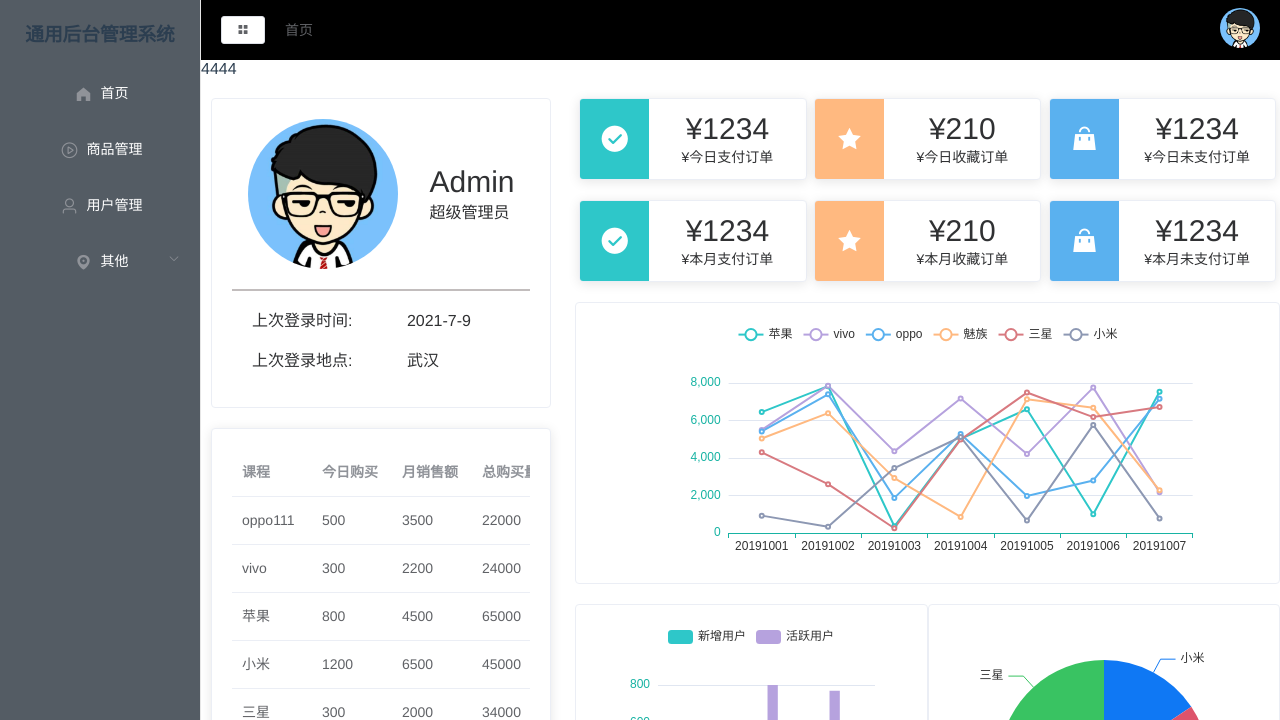
Repository: 385841539/VueStudy
Page: / (app in vue_cli/)
These files come from the project's save history. The page is drawn as it stood at one moment and after the next save; the edit follows.
The browser window is 1280 px wide. The pictures show the whole page.
An inner scrolling area shows only its first screen. The project was rebuilt for these pictures with package versions that can differ from the ones it lists, and the page was loaded fresh each time. Also part of the build but not shown: vue_cli/vue.config.js.

Above is the page before, as saved 2022-01-14 16:45:33.

### vue_cli/public/index.html
<!DOCTYPE html>
<html lang="">

<head>
  <meta charset="utf-8">
  <meta http-equiv="X-UA-Compatible" content="IE=edge">
  <meta name="viewport" content="width=device-width,initial-scale=1.0">
  <link rel="icon" href="<%= BASE_URL %>favicon.ico">
  <title>
    <%= htmlWebpackPlugin.options.title %>
  </title>
  <style>
    body {

      padding: 0px;
      margin: 0px;
      width: 100%;
      height: 100%;

    }
  </style>
</head>

<body>
  <noscript>
    <strong>We're sorry but <%= htmlWebpackPlugin.options.title %> doesn't work properly without JavaScript enabled.
        Please enable it to continue.</strong>
  </noscript>
  <div id="app"></div>
  <!-- built files will be auto injected -->
</body>

</html>

### vue_cli/src/main.js
import Vue from 'vue'
import App from './App.vue'
import './registerServiceWorker'
import router from './router'
import store from './store'

import ElementUI from 'element-ui';
import 'element-ui/lib/theme-chalk/index.css';
import http from 'axios'

Vue.use(ElementUI);
Vue.prototype.$http = http


Vue.config.productionTip = false

if (process.env.NODE_ENV == 'development') {

  require('@/api/mock')

}

new Vue({
  router,
  store,
  render: h => h(App)
}).$mount('#app')

### vue_cli/src/App.vue
<template>
  <div id="app">
    <!-- <p>这是一个P段落</p>
    <el-button>按钮</el-button>
    <el-button type="info">信息</el-button>
    <el-radio v-model="radio" label="1">备选项1</el-radio>
    <el-radio v-model="radio" label="2">备选项1</el-radio>

    <div>
      <router-link to="/">去home组件</router-link>
      <router-link to="/about">去about组件</router-link>
    </div> -->

    <router-view></router-view>
  </div>
</template>
<script>


export default {
  data() {
    return {
      radio: "1",
    };
  },
};
</script>


<style lang="scss">
#app {
  font-family: Avenir, Helvetica, Arial, sans-serif;
  -webkit-font-smoothing: antialiased;
  -moz-osx-font-smoothing: grayscale;
  text-align: center;
  color: #2c3e50;
}

#nav {
  padding: 30px;

  a {
    font-weight: bold;
    color: #2c3e50;

    &.router-link-exact-active {
      color: #42b983;
    }
  }
}
</style>

### vue_cli/src/router/index.js
import Vue from 'vue'
import VueRouter from 'vue-router'
import Main from '../views/Main.vue'

const originPush = VueRouter.prototype.push

VueRouter.prototype.push = function (location) {

  return originPush.call(this, location).catch(err => err)

}

Vue.use(VueRouter)

const routes = [
  {
    path: '/',
    name: 'main',
    component: Main,
    children: [

      {
        path: "/",
        name: "home",
        component: () => import('@/views/Home/Home')

      },
      {
        path: "/mall",
        name: "mall",
        component: () => import('@/views/Mall/Mall')

      },
      {
        path: "/user",
        name: "user",
        component: () => import('@/views/User/User')

      },
      {
        path: "/other",
        name: "other",
        component: () => import('@/views/Mall/Mall')

      },

    ]
  },
]

const router = new VueRouter({
  mode: 'history',
  base: process.env.BASE_URL,
  routes
})

export default router

### vue_cli/src/store/index.js
import Vue from 'vue'
import Vuex from 'vuex'
import tab from "./tab"

Vue.use(Vuex)

export default new Vuex.Store({
  state: {
  },
  mutations: {
  },
  actions: {
  },
  modules: {
    tab
  }
})

### vue_cli/src/api/mock.js
import Mock from 'mockjs'

import homeApi from './mockServe/home'

Mock.mock('/api/home/getData', homeApi.getStatisticalData )

### vue_cli/src/views/Main.vue
<template>
  <el-container style="height: 100vh">
    <el-aside width="auto">
      <CommonAside></CommonAside>
    </el-aside>
    <el-container>
      <el-header>
        <CommonHeader></CommonHeader>
      </el-header>
      <div><CommonTag></CommonTag></div>
      <el-main>
        <router-view></router-view>
      </el-main>
    </el-container>
  </el-container>
</template>

<script>
// @ is an alias to /src
import CommonAside from "../components/CommonAside.vue";
import CommonHeader from "../components/CommonHeader.vue";
import CommonTag from "../components/CommonTag.vue";

export default {
  name: "main",
  components: {
    CommonAside,
    CommonHeader,
    CommonTag,
  },
};
</script>
<style lang='scss' scoped>
.el-container {
  padding: 0px;
  max-width: 100%;
}
.el-aside {
  margin: 0px;
  padding: 0px;
}
.el-header {
  background-color: black;
  width: 100%;
  padding: 0%;
  margin: 0%;
}
.el-main {
  padding: 0px;
  height: 100%;
  width: 100%;
}
.router-view {
  padding: 0px;
  height: 100%;
  width: 100%;
}
</style>

### vue_cli/src/views/Home/Home.vue
<template>
  <div style="margin-left: 10px">
    <el-row :gutter="24">
      <el-col :span="8" style="margin-top: 20px">
        <el-card shadow="hover">
          <div class="user">
            <img :src="userImg" />
            <div class="userInfo">
              <p style="font-size: 30px">Admin</p>
              <p>超级管理员</p>
            </div>
          </div>

          <div class="loginInfo">
            <p>上次登录时间: <span>2021-7-9</span></p>
            <p>上次登录地点: <span>武汉</span></p>
          </div>
        </el-card>
        <el-card style="height: 470px; margin-top: 20px">
          <el-table :data="tableData">
            <el-table-column
              show-overflow-tooltip
              v-for="(value, key) in tableLabel"
              :key="key"
              :prop="key"
              :label="value"
            ></el-table-column>
          </el-table>
        </el-card>
      </el-col>
      <el-col :span="16" style="margin-top: 20px">
        <div class="num">
          <el-card
            shandow="hover"
            v-for="item in countData"
            :key="item.name"
            :body-style="{ display: 'flex', padding: 0 }"
          >
            <i
              class="icon"
              :class="`el-icon-${item.icon}`"
              :style="{ background: item.color }"
            ></i>
            <div class="detail">
              <p class="num">¥{{ item.value }}</p>
              <p class="txt">¥{{ item.name }}</p>
            </div>
          </el-card>
        </div>

        <el-card shadow="hover" style="height: 280px">
          <div style="height: 280px" ref="echart"></div>
        </el-card>

        <div class="graph">
          <el-card shadow="hover">
            <div style="height: 280px" ref="userEchart"></div>
          </el-card>
          <el-card shadow="hover">
            <div style="height: 280px" ref="videoEchart"></div>
          </el-card>

        </div>
      </el-col>
    </el-row>
  </div>
</template>



<script>
import { getMenu, getHome } from "../../api/data";
import * as echarts from "echarts";
// import Echart from "../../components/ECharts.vue";
export default {
  //   components: { Echart },
  data() {
    return {
      userImg: require("../../assets/images/user.png"),
      tableData: [],
      tableLabel: {
        name: "课程",
        todayBuy: "今日购买",
        monthBuy: "月销售额",
        totalBuy: "总购买量",
      },
      countData: [],
      ehcartData: {
        order: {
          legend: {
            // 图例文字颜色
            textStyle: {
              color: "#333",
            },
          },
          grid: {
            left: "20%",
          },
          // 提示框
          tooltip: {
            trigger: "axis",
          },
          xAxis: {
            type: "category", // 类目轴
            data: [],
            axisLine: {
              lineStyle: {
                color: "#17b3a3",
              },
            },
            axisLabel: {
              interval: 0,
              color: "#333",
            },
          },
          yAxis: [
            {
              type: "value",
              axisLine: {
                lineStyle: {
                  color: "#17b3a3",
                },
              },
            },
          ],
          color: [
            "#2ec7c9",
            "#b6a2de",
            "#5ab1ef",
            "#ffb980",
            "#d87a80",
            "#8d98b3",
          ],
          series: [],
        },

        user: {
          legend: {
            // 图例文字颜色
            textStyle: {
              color: "#333",
            },
          },
          grid: {
            left: "20%",
          },
          // 提示框
          tooltip: {
            trigger: "axis",
          },
          xAxis: {
            type: "category", // 类目轴
            data: [],
            axisLine: {
              lineStyle: {
                color: "#17b3a3",
              },
            },
            axisLabel: {
              interval: 0,
              color: "#333",
            },
          },
          yAxis: [
            {
              type: "value",
              axisLine: {
                lineStyle: {
                  color: "#17b3a3",
                },
              },
            },
          ],
          color: [
            "#2ec7c9",
            "#b6a2de",
            "#5ab1ef",
            "#ffb980",
            "#d87a80",
            "#8d98b3",
          ],
          series: [],
        },

        video: {
          tooltip: {
            trigger: "item",
          },
          color: [
            "#0f78f4",
            "#dd536b",
            "#9462e5",
            "#a6a6a6",
            "#e1bb22",
            "#39c362",
            "#3ed1cf",
          ],
          series: [],
        },
      },
    };
  },

  methods: {
    getTableData() {
      getHome().then((res) => {
        console.log(res);
        this.tableData = res.data.tableData;
        this.countData = res.data.countData;

        const order = res.data.orderData;
        this.ehcartData.order.xAxis.data = order.date;
        let keyArrray = Object.keys(order.data[0]);

        keyArrray.forEach((key) => {
          this.ehcartData.order.series.push({
            name: key,
            data: order.data.map((item) => item[key]),
            type: "line",
          });
        });

        const myEchartsOrder = echarts.init(this.$refs.echart);

        myEchartsOrder.setOption(this.ehcartData.order);
        //用户图
        this.ehcartData.user.xAxis.data = res.data.userData.map(
          (item) => item.date
        );

        this.ehcartData.user.series.push({
          name: "新增用户",
          data: res.data.userData.map((item) => item.new),
          type: "bar",
        });
        this.ehcartData.user.series.push({
          name: "活跃用户",
          data: res.data.userData.map((item) => item.active),
          type: "bar",
        });

        const userEcharts = echarts.init(this.$refs.userEchart);
        userEcharts.setOption(this.ehcartData.user);

        this.ehcartData.video.series.push({
          data: res.data.videoData,
          type: "pie",
        });

        const videoEcharts = echarts.init(this.$refs.videoEchart);
        videoEcharts.setOption(this.ehcartData.video);
      });
    },
  },
  mounted() {
    // getMenu().then((res) => {
    //   console.log(res);
    // });
    this.getTableData();
  },
};
</script>


<style  lang="scss" scoped>
// div {
//   background: blue;
//   height: 100%;
//   padding: 0px;
//   margin: 0px;
// }

.user {
  display: flex;
  align-items: center;
  justify-content: space-around;
  border-bottom: 2px solid rgb(194, 189, 189);

  padding-bottom: 20px;
  .userInfo {
    text-align: start;

    p {
      margin: 0px;
    }
  }
  img {
    width: 150px;
    height: 150px;
    border-radius: 50%;
  }
}

.loginInfo {
  // background-color: yellowgreen;
  margin-top: 0px;
  text-align: start;
  padding-left: 20px;

  span {
    margin-left: 50px;
  }
}

.num {
  display: flex;
  flex-wrap: wrap;
  justify-content: space-around;
  margin: 0px;
  .el-card {
    margin: 0px;
    width: 32%;
    margin-bottom: 20px;
    height: 80px;
  }
  .icon {
    font-size: 30px;
    width: 100px;
    height: 80px;
    color: white;
    line-height: 80px;
  }
  .detail {
    display: flex;
    flex-direction: column;
    justify-content: center;
    width: 100%;

    .num {
      font-size: 30px;

      justify-content: center;
    }
    .txt {
      font-size: 14px;
      justify-content: center;
    }
    p {
      margin: 0px;
    }
  }
}
.graph {
  display: flex;
  margin-top: 20px;
  .el-card {
    height: 320px;
    flex: 1;
  }
}
</style>

### vue_cli/src/store/tab.js
export default {


    state: {

        isCollapse: false,
        currentMenu: null,
        tabsList: [
            {
                path: '/',
                name: 'home',
                label: '首页',
                icon: 'home'

            }

        ]

    },


    mutations: {

        collaspseMenu(state) {
            state.isCollapse = !state.isCollapse

        },
        selectMenu(state, value) {

            console.log("--value---")
            console.log(value)


            if (item.name == "home") {
                state.currentMenu = null;
            } else {
                state.currentMenu = item;
            }


        }



    }


}

### vue_cli/src/api/mockServe/home.js
// mock数据模拟
import Mock from 'mockjs'

// 图表数据
let List = []
export default {
  getStatisticalData: () => {
    //Mock.Random.float 产生随机数100到8000之间 保留小数 最小0位 最大0位
    for (let i = 0; i < 7; i++) {
      List.push(
        Mock.mock({
          苹果: Mock.Random.float(100, 8000, 0, 0),
          vivo: Mock.Random.float(100, 8000, 0, 0),
          oppo: Mock.Random.float(100, 8000, 0, 0),
          魅族: Mock.Random.float(100, 8000, 0, 0),
          三星: Mock.Random.float(100, 8000, 0, 0),
          小米: Mock.Random.float(100, 8000, 0, 0)
        })
      )
    }
    return {
      code: 200,
      data: {
        // 饼图
        videoData: [
          {
            name: '小米',
            value: 2999
          },
          {
            name: '苹果',
            value: 5999
          },
          {
            name: 'vivo',
            value: 1500
          },
          {
            name: 'oppo',
            value: 1999
          },
          {
            name: '魅族',
            value: 2200
          },
          {
            name: '三星',
            value: 4500
          }
        ],
        // 柱状图
        userData: [
          {
            date: '周一',
            new: 5,
            active: 200
          },
          {
            date: '周二',
            new: 10,
            active: 500
          },
          {
            date: '周三',
            new: 12,
            active: 550
          },
          {
            date: '周四',
            new: 60,
            active: 800
          },
          {
            date: '周五',
            new: 65,
            active: 550
          },
          {
            date: '周六',
            new: 53,
            active: 770
          },
          {
            date: '周日',
            new: 33,
            active: 170
          }
        ],
        // 折线图
        orderData: {
          date: ['20191001', '20191002', '20191003', '20191004', '20191005', '20191006', '20191007'],
          data: List
        },
        tableData: [
          {
            name: 'oppo111',
            todayBuy: 500,
            monthBuy: 3500,
            totalBuy: 22000
          },
          {
            name: 'vivo',
            todayBuy: 300,
            monthBuy: 2200,
            totalBuy: 24000
          },
          {
            name: '苹果',
            todayBuy: 800,
            monthBuy: 4500,
            totalBuy: 65000
          },
          {
            name: '小米',
            todayBuy: 1200,
            monthBuy: 6500,
            totalBuy: 45000
          },
          {
            name: '三星',
            todayBuy: 300,
            monthBuy: 2000,
            totalBuy: 34000
          },
          {
            name: '魅族',
            todayBuy: 350,
            monthBuy: 3000,
            totalBuy: 22000
          }
        ],
        countData: [
        {
          name: "今日支付订单",
          value: 1234,
          icon: "success",
          color: "#2ec7c9",
        },
        {
          name: "今日收藏订单",
          value: 210,
          icon: "star-on",
          color: "#ffb980",
        },
        {
          name: "今日未支付订单",
          value: 1234,
          icon: "s-goods",
          color: "#5ab1ef",
        },
        {
          name: "本月支付订单",
          value: 1234,
          icon: "success",
          color: "#2ec7c9",
        },
        {
          name: "本月收藏订单",
          value: 210,
          icon: "star-on",
          color: "#ffb980",
        },
        {
          name: "本月未支付订单",
          value: 1234,
          icon: "s-goods",
          color: "#5ab1ef",
        },
      ]
      }
    }
  }
}

### vue_cli/src/components/CommonAside.vue
<template>
  <el-menu
    class="el-menu-vertical-demo"
    :collapse="isCollapse"
    background-color="#545c64"
    text-color="#fff"
    active-text-color="#ffd04b"
  >
    <h3>{{ getName }}</h3>

    <el-menu-item
      :index="item.path"
      v-for="item in noChildren"
      :key="item.name"
      @click="clickMenu(item)"
    >
      <i :class="'el-icon-' + item.icon"></i>
      <span slot="title">{{ item.label }}</span>
    </el-menu-item>

    <el-submenu
      :index="item.label"
      v-for="item in hazChildren"
      :key="item.label"
    >
      <div slot="title">
        <i :class="'el-icon-' + item.icon"></i>
        <span>{{ item.label }}</span>
      </div>

      <el-menu-item-group>
        <el-menu-item
          v-for="(subItem, subIndex) in item.children"
          :index="subItem.path"
          :key="subIndex"
        >
          <i :class="'el-icon-' + subItem.icon"></i>
          <span slot="title">{{ subItem.label }}</span>
        </el-menu-item>
      </el-menu-item-group>
    </el-submenu>
  </el-menu>
</template>

<style lang="scss" scoped>
.el-menu-vertical-demo:not(.el-menu--collapse) {
  width: 200px;
  height: 100%;
  min-height: 400px;
}
.el-menu-vertical-demo {
  height: 100%;
}

.el-menu-item {
  justify-content: space-around;
  background-color: tomato;
}
.el-submenu {
  justify-content: space-around;
  background-color: green;
}
</style>


<script>
export default {
  data() {
    return {
      menu: [
        {
          path: "/",
          name: "home",
          label: "首页",
          icon: "s-home",
          url: "Home/Home",
        },
        {
          path: "/mall",
          name: "mall",
          label: "商品管理",
          icon: "video-play",
          url: "MallManage/MallManage",
        },
        {
          path: "/user",
          name: "user",
          label: "用户管理",
          icon: "user",
          url: "UserMange/UserMange",
        },
        {
          label: "其他",
          icon: "location",
          children: [
            {
              path: "/page1",
              name: "page1",
              label: "页面1",
              icon: "setting",
              url: "Other/PageOne",
            },
            {
              path: "/page2",
              name: "page2",
              label: "页面2",
              icon: "setting",
              url: "Other/PageTwo",
            },
          ],
        },
      ],
    };
  },
  methods: {
    clickMenu(item) {
      console.log(item);
      this.$router.push({ name: item.name });
      this.$store.commit("selectMenu", item);
    },
  },
  computed: {
    isCollapse() {
      return this.$store.state.tab.isCollapse;
    },
    getName() {
      if (this.isCollapse) return "后台";

      return "通用后台管理系统";
    },
    noChildren() {
      return this.menu.filter((item) => {
        console.log(item);
        return !item.children;
      });
    },
    hazChildren() {
      return this.menu.filter((item) => item.children);
    },
  },
};
</script>

### vue_cli/src/components/CommonHeader.vue
<template>
  <header>
    <div class="l-content">
      <el-button
        plain
        icon="el-icon-menu"
        size="mini"
        v-on:click="handleMenu"
      ></el-button>

      <el-breadcrumb separator="/">
        <el-breadcrumb-item :to="{ path: '/' }">首页</el-breadcrumb-item>
        <el-breadcrumb-item :to="{ path: currentMenu.path }" v-if="currentMenu">
          {{ currentMenu.label }}
        </el-breadcrumb-item>
      </el-breadcrumb>
    </div>

    <div class="r-content">
      <el-dropdown szie="mini" trigger="click">
        <span>
          <img :src="userImg" class="user" />
        </span>

        <el-dropdown-menu slot="dropdown">
          <el-dropdown-item>个人中心</el-dropdown-item>
          <el-dropdown-item>退出</el-dropdown-item>
        </el-dropdown-menu>
      </el-dropdown>
    </div>
  </header>
</template>



<script>
export default {
  data() {
    return {
      userImg: require("../assets/images/user.png"),
    };
  },

  computed: {
    currentMenu() {
      return this.$store.state.tab.currentMenu;
    },
  },
  methods: {
    handleMenu() {
      this.$store.commit("collaspseMenu");
    },
  },
};
</script>


<style  lang="scss" scoped>
header {
  display: flex;
  height: 100%;
  width: 100%;
  align-items: center;
  justify-content: space-between;
  padding: 0;
  margin: 0;
}

.home-title {
  color: white;
}

.l-content {
  display: flex;
  align-items: center;
  margin-left: 20px;
  .el-button {
    margin-right: 20px;
  }
}

.r-content {
  .user {
    width: 40px;
    height: 40px;
    border-radius: 50%;
    margin-right: 20px;
  }
}
.el-breadcrumb_item {
  .el-breadcrumb_inner {
    color: white;
    font-size: 1000px;
  }
  //   &:last-child {
  //     .el-breadcrumb__inner {
  //       color: white;
  //     }
  //   }
}
</style>

### vue_cli/src/components/CommonTag.vue
<template>
  <div class="tabs">
    <span class="item-div">44</span>
    <div>44</div>
    <!-- <el-tag>你好啊</el-tag> -->
  </div>
</template>

<script>
export default {};
</script>

<style>
.tabs {
  display: flex;
  align-items: flex-start;
  flex-wrap: wrap;
}
</style>

### vue_cli/src/api/data.js
import axios from './axios'

// export const getMenu = () => {
//   return axios.request({
//     url: 'menu',
//     method: 'get'
//   })
// }

export const getHome = () => {
  return axios.request({
    url: '/home/getData',
    method: 'get'
  })
}

export const getUser = (params) => {
  return axios.request({
    url: '/user/getUser',
    method: 'get',
    params
  })
}

export const getMenu = (params) => {
  return axios.request({
    url: '/permission/getMenu',
    method: 'post',
    data: params
  })
}

### vue_cli/src/api/axios.js
// 二次封装axios 拦截器

import axios from 'axios'
import config from '../config/index'
// 设置配置 根据开发 和 生产环境不一样
const baseUrl = process.env.NODE_ENV === 'development' ? config.baseUrl.dev : config.baseUrl.pro
class HttpRequst {
  constructor(baseUrl) {
    this.baseUrl = baseUrl
  }
  getInsideConfig() {
    const config = {
      baseURL: this.baseUrl,
      header: {

      }
    }
    return config
  }
  interceptors(instance) {
    instance.interceptors.request.use(function (config) {
      // 在发送请求之前做些什么
      console.log('拦截处理请求');
      return config;
    }, function (error) {
      // 对请求错误做些什么
      return Promise.reject(error);
    });

    instance.interceptors.response.use(function (response) {
      console.log('处理相应');
      // 对响应数据做点什么
      return response.data;
    }, function (error) {
      console.log(error);
      // 对响应错误做点什么
      return Promise.reject(error);
    });
  }
  // {
  //   baseURL:'/rApi'
  // }
  request(options) {
    // 请求
    // /api/getList  /api/getHome
    const instanse = axios.create()
    // 技巧
    // /api // api1
    options = { ...(this.getInsideConfig()), ...options }
    console.log(options);
    this.interceptors(instanse)
    return instanse(options)
  }
}

export default new HttpRequst(baseUrl)

### vue_cli/src/config/index.js
export default {

    title: "admin",
    baseUrl: {

        //开发环境

        dev: '/api/',
        pro: ''

    }


}

Loaded but not shown: vue_cli/src/registerServiceWorker.js (common file)

After the next save:
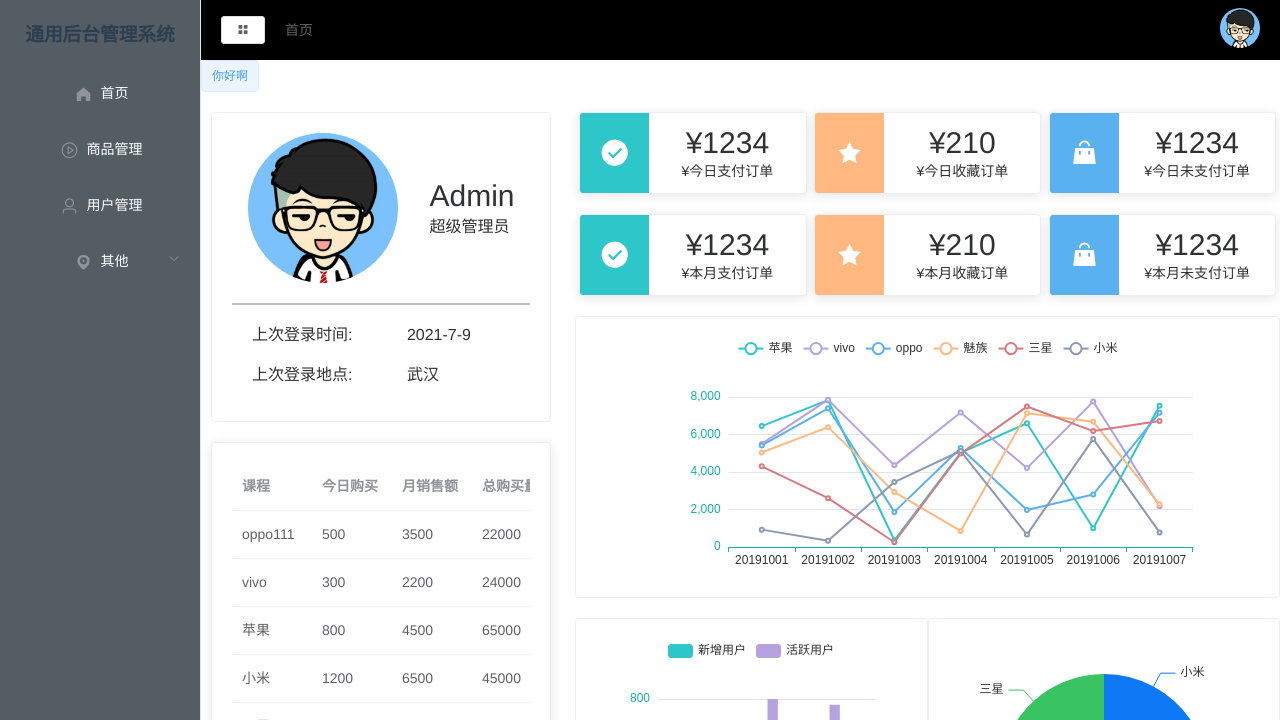
Saved 9 s later.
--- a/vue_cli/src/components/CommonTag.vue
+++ b/vue_cli/src/components/CommonTag.vue
@@ -1,8 +1,6 @@
 <template>
   <div class="tabs">
-    <span class="item-div">44</span>
-    <div>44</div>
-    <!-- <el-tag>你好啊</el-tag> -->
+    <el-tag>你好啊</el-tag>
   </div>
 </template>
 
